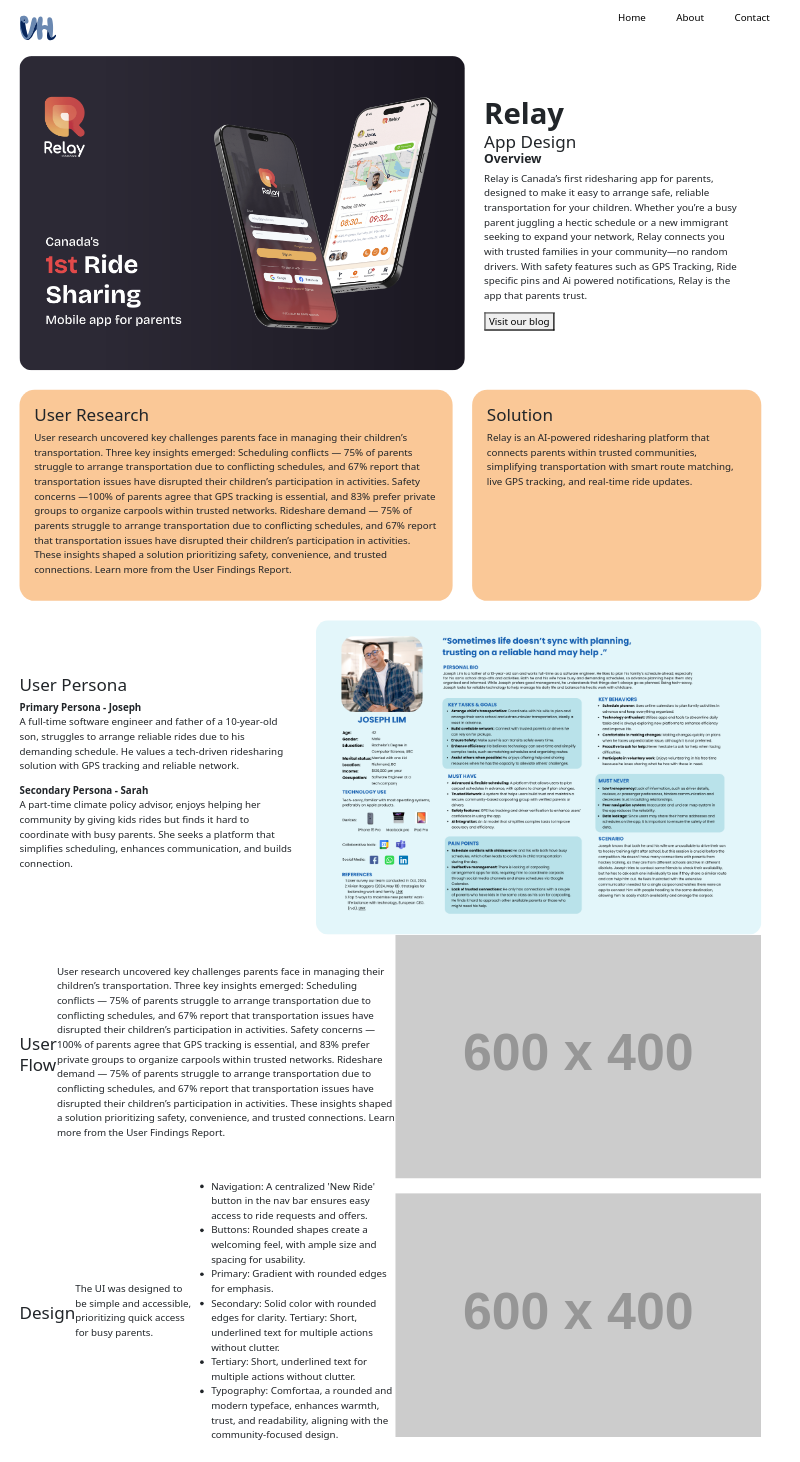
Repository: Vanessahyc/vanessa-portfolio
Page: /relay
The author's editor kept a copy of each file at every save. The page is drawn from the files as they stood at one save, then again after the next save.
The browser window is 1280 px wide. The page is 1312 px wide, so the pictures cover 1312 px, including what lies to the right of the window. The pictures show the whole page, at 61% of full size.
The project was rebuilt for these pictures with package versions that can differ from the ones it lists, and the page was loaded fresh each time. The framework's server and built-in components were replaced by stand-ins that run in the browser. Also part of the build but not shown: next.config.mjs.

Above is the page before, as saved 2025-02-09 16:48:34.

### src/app/layout.js
import { Geist, Geist_Mono } from "next/font/google";
import "./globals.css";
import 'bootstrap/dist/css/bootstrap.min.css'

const geistSans = Geist({
  variable: "--font-geist-sans",
  subsets: ["latin"],
});

const geistMono = Geist_Mono({
  variable: "--font-geist-mono",
  subsets: ["latin"],
});

export const metadata = {
  title: "Create Next App",
  description: "Generated by create next app",
};

export default function RootLayout({ children }) {
  return (
    <html lang="en">
      <body
        className={`${geistSans.variable} ${geistMono.variable} antialiased`}
      >
        {children}
      </body>
    </html>
  );
}

### src/app/relay/page.js
"use client";
import Header from "../../../components/Header";
import styles from "@/app/relay/Relay.module.css";
import Image from "next/image";
import { Swiper, SwiperSlide } from "swiper/react";
import { Navigation, Pagination, Autoplay } from "swiper/modules";
import "swiper/css";
import "swiper/css/navigation";
import "swiper/css/pagination";

export default function Relay() {
  return (
    <>
      <Header />
      <main className={styles.mainContainer}>
        <section className={styles.projectSection}>
          <img src="/relay-images/relay_landing.png" alt="relay app mockup" />
          <div className={styles.projectInfo}>
            <h2>Relay</h2>
            <h3>App Design</h3>
            <h4>Overview</h4>
            <p>
              Relay is Canada’s first ridesharing app for parents, designed to
              make it easy to arrange safe, reliable transportation for your
              children. Whether you’re a busy parent juggling a hectic schedule
              or a new immigrant seeking to expand your network, Relay connects
              you with trusted families in your community—no random drivers.
              With safety features such as GPS Tracking, Ride specific pins and
              Ai powered notifications, Relay is the app that parents trust.
            </p>
            <button>Visit our blog</button>
          </div>
        </section>
        <section className={styles.flexSection}>
          <div className={`${styles.leftBox} ${styles.bg}`}>
            <h3>User Research</h3>
            <p>
              User research uncovered key challenges parents face in managing
              their children’s transportation. Three key insights emerged:
              Scheduling conflicts — 75% of parents struggle to arrange
              transportation due to conflicting schedules, and 67% report that
              transportation issues have disrupted their children’s
              participation in activities. Safety concerns —100% of parents
              agree that GPS tracking is essential, and 83% prefer private
              groups to organize carpools within trusted networks. Rideshare
              demand — 75% of parents struggle to arrange transportation due to
              conflicting schedules, and 67% report that transportation issues
              have disrupted their children’s participation in activities. These
              insights shaped a solution prioritizing safety, convenience, and
              trusted connections. Learn more from the User Findings Report.
            </p>
          </div>
          <div className={`${styles.rightBox} ${styles.bg}`}>
            <h3>Solution</h3>
            <p>
              Relay is an AI-powered ridesharing platform that connects parents
              within trusted communities, simplifying transportation with smart
              route matching, live GPS tracking, and real-time ride updates.
            </p>
          </div>
        </section>
        <section className={styles.subSection}>
          <div className={styles.subContainer}>
            <div className={styles.infoBox}>
              <h3>User Persona</h3>
              <figure>
                <figcaption>
                  <strong>Primary Persona - Joseph</strong>
                </figcaption>
                <p>
                  A full-time software engineer and father of a
                  10-year-old son, struggles to arrange reliable rides due to
                  his demanding schedule. He values a tech-driven ridesharing
                  solution with GPS tracking and reliable network.
                </p>
              </figure>
              <figure>
                <figcaption>
                  <strong>Secondary Persona - Sarah</strong>
                </figcaption>
                <p>
                  A part-time climate policy advisor, enjoys helping
                  her community by giving kids rides but finds it hard to
                  coordinate with busy parents. She seeks a platform that
                  simplifies scheduling, enhances communication, and builds
                  connection.
                </p>
              </figure>
            </div>
            <img className={styles.persona} src="/relay-images/primary_persona.png" alt="placeholder image" />
          </div>
          <div className={styles.subContainer}>
            <h3>User Flow</h3>
            <p>
              User research uncovered key challenges parents face in managing
              their children’s transportation. Three key insights emerged:
              Scheduling conflicts — 75% of parents struggle to arrange
              transportation due to conflicting schedules, and 67% report that
              transportation issues have disrupted their children’s
              participation in activities. Safety concerns —100% of parents
              agree that GPS tracking is essential, and 83% prefer private
              groups to organize carpools within trusted networks. Rideshare
              demand — 75% of parents struggle to arrange transportation due to
              conflicting schedules, and 67% report that transportation issues
              have disrupted their children’s participation in activities. These
              insights shaped a solution prioritizing safety, convenience, and
              trusted connections. Learn more from the User Findings Report.
            </p>
            <img src="https://placehold.co/600x400" alt="placeholder image" />
          </div>
        </section>
        <section>
          <div className={styles.subContainer}>
            <h3>Design</h3>
            <p>
              The UI was designed to be simple and accessible, prioritizing
              quick access for busy parents.
            </p>
            <ul>
              <li>
                Navigation: A centralized 'New Ride' button in the nav bar
                ensures easy access to ride requests and offers.
              </li>
              <li>
                Buttons: Rounded shapes create a welcoming feel, with ample size
                and spacing for usability.
              </li>
              <li>Primary: Gradient with rounded edges for emphasis.</li>
              <li>
                Secondary: Solid color with rounded edges for clarity. Tertiary:
                Short, underlined text for multiple actions without clutter.
              </li>
              <li>
                Tertiary: Short, underlined text for multiple actions without
                clutter.
              </li>
              <li>
                Typography: Comfortaa, a rounded and modern typeface, enhances
                warmth, trust, and readability, aligning with the
                community-focused design.
              </li>
            </ul>
            <img src="https://placehold.co/600x400" alt="placeholder image" />
          </div>
        </section>
      </main>
    </>
  );
}

### src/app/globals.css
:root {
  --background: #ffffff;
  --foreground: #171717;
  --font48px: 48px;
  --font32px: 32px;
  --font28px: 28px;
  --font20px: 20px;
  --font18px: 18px;
  --font16px: 16px;
  --font-bold: 700;
  --font-medium: 500;
  --font-regular: 400;

}

body {
  font-family: Montserrat, sans-serif;
}

### components/Header/index.js
import Image from "next/image";
import Link from 'next/link';
import styles from './Header.module.css'

export default function Header() {
  return (
    <nav className={`${styles.navbar}`}>
      <Image src='/images/Logo.svg' alt="Vanessa Huang Logo" width={60} height={60}/>
      <ul>
        <li><Link href="/">Home</Link></li>
        <li><Link href="/about">About</Link></li>
        <li><Link href="/contact">Contact</Link></li>
      </ul>
    </nav>
  );
}

### src/app/relay/Relay.module.css
.mainContainer {
    margin: 1em 2em;
}

.projectSection {
    display: flex;
    align-items: center;
}

.projectSection img {
    width: 60%;
    height: 100%;
    border-radius: 20px;
}

.projectInfo {
    width: 40%;
    padding: 2em;
}

.projectInfo h2 {
    font-size: var(--font48px);
    font-weight: var(--font-bold);
    margin: 0;
}

.projectInfo h3 {
    font-size: var(--font28px);
    font-weight: var(--font-regular);
    margin: 0;
}

.projectInfo h4 {
    font-size: var(--font20px);
    font-weight: var(--font-bold);
}

.projectInfo p {
    font-size: var(--font16px);
    font-weight: var(--font-regular);
}

.flexSection {
    display: flex;
    padding-top: 2rem;
}

.leftBox {
    width: 60%;
    margin-right: 2rem;
}

.rightBox {
    width: 40%;
}

.bg {
    background-color: rgb(249, 187, 125, 80%);
    border-radius: 25px;
    padding: 1.5rem;
}

.subSection {
    padding-top: 2rem;
}

.subContainer {
    display: flex;
    align-items: center;
}

.infoBox {
    width: 40%;
    margin-right: 2.5rem;
}

.persona {
    width: 60%;
    border-radius: 20px;
}

### components/Header/Header.module.css
.navbar {
    display: flex;
    justify-content: space-between;
    width: 100%;
    margin: 1em 2em;
}

.navbar ul {
    width: 30%;
    list-style: none;
    display: flex;
    justify-content: flex-end;
}

.navbar li {
    padding-right: 50px;
}

.navbar a {
    text-decoration: none;
    color: black;
    font-weight: var(--font-medium);
}

After the next save:
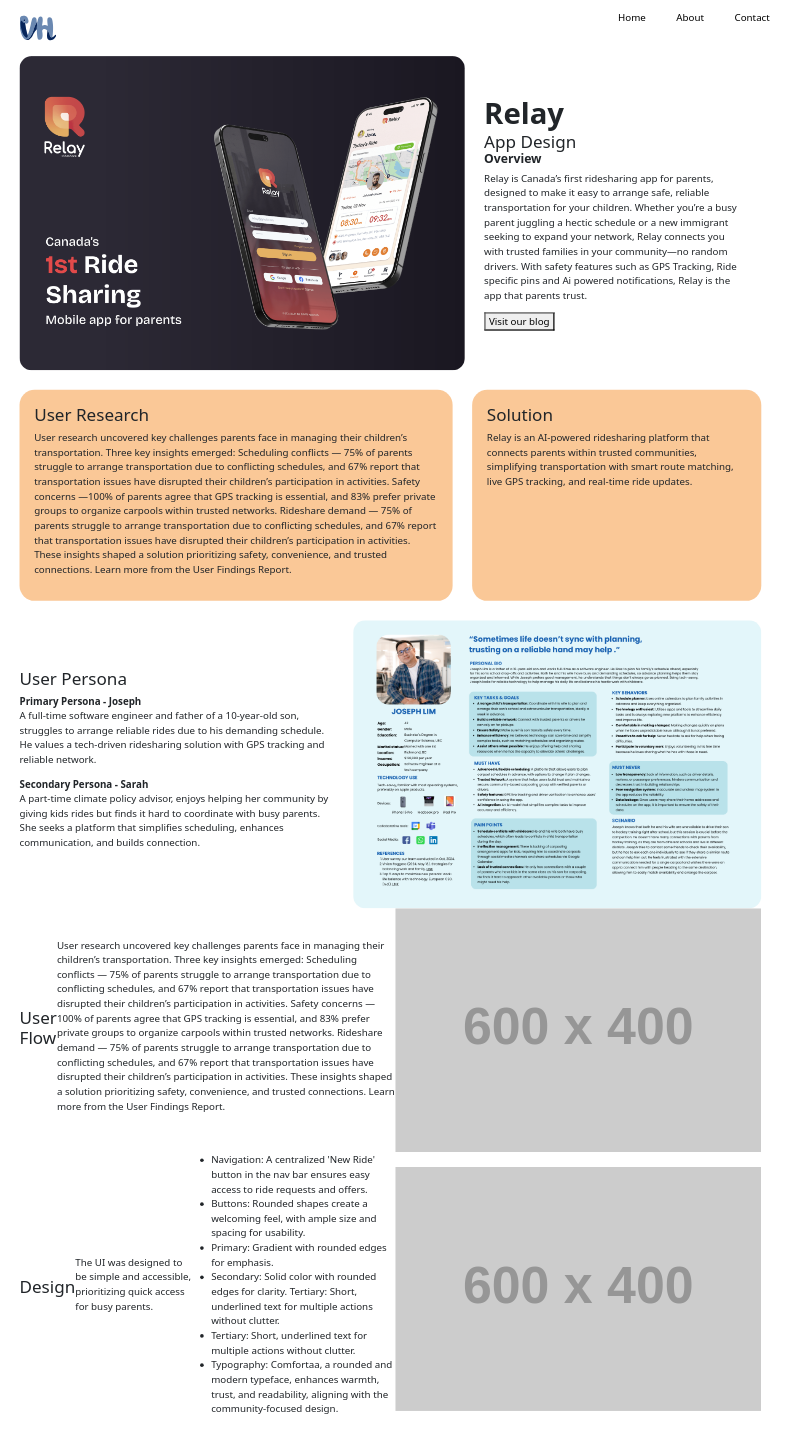
Saved 40 s later.
--- a/src/app/relay/Relay.module.css
+++ b/src/app/relay/Relay.module.css
@@ -70,11 +70,11 @@
 }
 
 .infoBox {
-    width: 40%;
+    width: 45%;
     margin-right: 2.5rem;
 }
 
 .persona {
-    width: 60%;
+    width: 55%;
     border-radius: 20px;
 }
